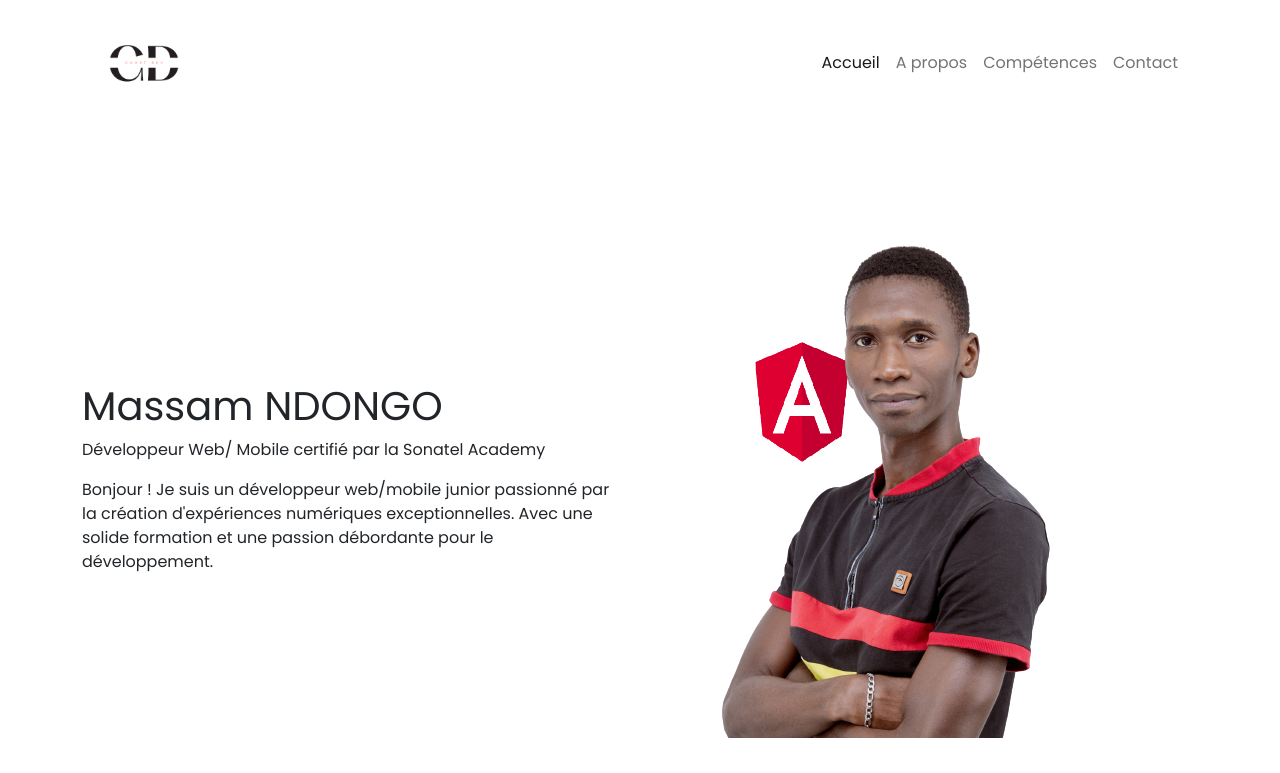
Repository: massndongo/portfolio1
Page: index.html
These files come from the project's save history. The page is drawn as it stood at one moment and after the next save; the edit follows.
The browser window is 1280 px wide. The pictures show the part of the page from y = 0 to 773 px (the page is 2111 px tall).
A picture or video elsewhere on the page could not be fetched, so the positions and the page height are approximate.

Above is the page before, as saved 2023-05-29 19:09:43.

After the next save:
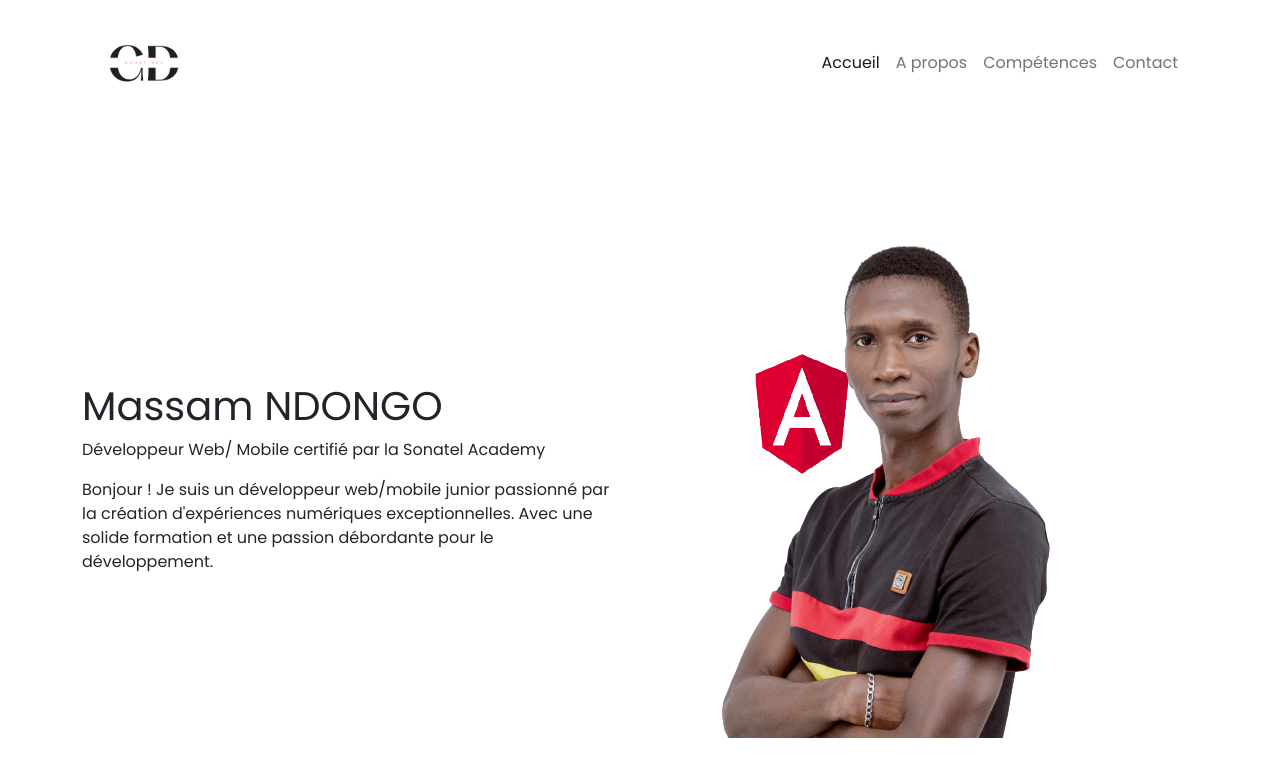
Saved 31 s later.
--- a/assets/css/main.css
+++ b/assets/css/main.css
@@ -51,6 +51,6 @@
 }
 .angular {
     position: absolute;
-    margin-top: 5%;
+    margin-top: 6%;
     z-index: -1;
 }
